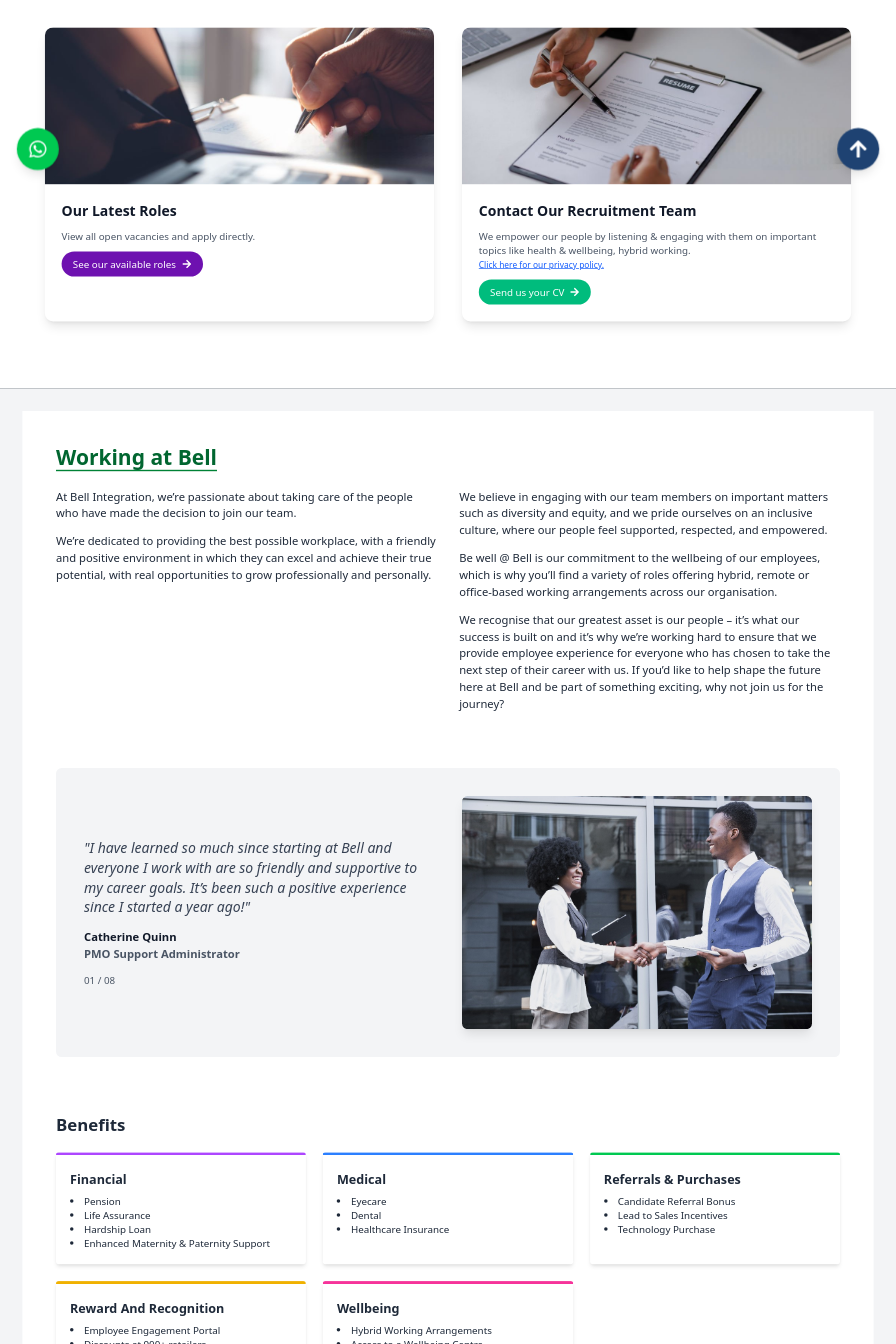
Repository: chykesure/cloudsentrics_
Page: /careers
The author's editor kept a copy of each file at every save. The page is drawn from the files as they stood at one save, then again after a run of saves.
The browser window is 1280 px wide. The pictures show the part of the page from y = 453 to 2373 px (the page is 2756 px tall), at 70% of full size.
The project was rebuilt for these pictures with package versions that can differ from the ones it lists, and the page was loaded fresh each time. Also part of the build but not shown: vite.config.js, src/pages/Header.jsx, src/pages/Footer.jsx, src/pages/students/Reviews.jsx, src/pages/students/Testimony.jsx, src/pages/students/TestimonyLanding.jsx, src/pages/LandingPage.jsx, src/pages/students/Header.jsx and 38 more.

Above is the page before, as saved 2025-04-09 10:45:17.

### src/index.css
@import "tailwindcss";

@keyframes zoomInOut {
    0% {
        transform: scale(1);
    }
    100% {
        transform: scale(1.1);
    }
}

.zoom-animation {
    animation: zoomInOut 5s infinite alternate ease-in-out;

}

### src/App.jsx
import { BrowserRouter as Router, Routes, Route } from "react-router-dom";
import LandingPage from "./pages/LandingPage";
import StudentPage from "./pages/students/StudentPage";
import AboutUs from "./pages/students/AboutUs/AboutUs";
import "./App.css";
import AWS from "./pages/students/courses/AWS";
import DevSecOps from "./pages/students/courses/DevSecOps";
import AZURE from "./pages/students/courses/AZURE";
import Blogs from "./pages/students/blogs/Blogs";
import EventsPage from "./pages/students/events/EventsPage";
import FloatsButtons from "./pages/FloatsButtons";
import PartnerPage from "./pages/partners/home/PartnerPage";
import Ai from "./pages/partners/menu/ai";
import CloudSecurity from "./pages/partners/menu/cloudsecurity";
import IOT from "./pages/partners/menu/iot";
import Technology from "./pages/partners/menu/technology";
import Workplace from "./pages/partners/menu/workplace";
import InsightMenu from "./pages/partners/main_menu/insight";
import NewsPage from "./pages/partners/main_menu/news";
import CaseStudy from "./pages/partners/main_menu/casestudy";
import AboutCloud from "./pages/partners/main_menu/aboutus";
import Careers from "./pages/partners/main_menu/careers";

function App() {
  return (
    <Router>
      <div className="flex flex-col min-h-screen">
        {/* Floating Buttons will always be visible */}
        <FloatsButtons />

        <div className="flex-grow pt-20"> {/* Adjust padding-top based on header height */}
          <Routes>

            {/* Student Section */}
            <Route path="/" element={<LandingPage />} />
            <Route path="/StudentPage" element={<StudentPage />} />
            <Route path="/about" element={<AboutUs />} />
            <Route path="/courses/AWS" element={<AWS />} />
            <Route path="/courses/Azure" element={<AZURE />} />
            <Route path="/courses/DevSecOps" element={<DevSecOps />} />
            <Route path="/blog" element={<Blogs />} />
            <Route path="/events" element={<EventsPage />} />

            {/* The Partner Section */}
            <Route path="/PartnerPage" element={<PartnerPage />} />
            <Route path="/ai" element={<Ai />} />
            <Route path="/cloud-security" element={<CloudSecurity />} />
            <Route path="/iot" element={<IOT />} />
            <Route path="/technology" element={<Technology />} />
            <Route path="/modern-workplace" element={<Workplace />} />
            <Route path="/insights" element={<InsightMenu />} />
            <Route path="/news" element={<NewsPage />} />
            <Route path="/case-studies" element={<CaseStudy />} />
            <Route path="/about-cloudsentrics" element={<AboutCloud />} />
            <Route path="/careers" element={<Careers />} />
          </Routes>
        </div>
      </div>
    </Router>
  );
}

export default App;

### src/pages/FloatsButtons.jsx
import { FaWhatsapp, FaArrowUp } from "react-icons/fa";
import { motion } from "framer-motion";

const FloatsButtons = () => {
    const scrollToTop = () => {
        window.scrollTo({ top: 0, behavior: "smooth" });
    };

    return (
        <>
            {/* Floating WhatsApp Button (Left) */}
            <motion.a
                href="https://wa.me/message/62QVNSESZ56FC1"
                target="_blank"
                rel="noopener noreferrer"
                className="fixed bottom-6 left-6 bg-green-500 text-white p-4 rounded-full shadow-lg flex items-center justify-center z-50"
                title="Chat with us on WhatsApp"
                animate={{ y: [0, -10, 0] }}
                transition={{ duration: 1.5, repeat: Infinity, repeatType: "reverse", ease: "easeInOut" }}
                whileHover={{ scale: 1.2 }}
            >
                <FaWhatsapp size={28} />
            </motion.a>

            {/* Floating Back to Top Button (Right) */}
            <motion.button
                onClick={scrollToTop}
                className="fixed bottom-6 right-6 bg-[#1e4272] text-white p-4 rounded-full shadow-lg flex items-center justify-center z-50"
                title="Back to Top"
                animate={{ y: [0, -10, 0] }}
                transition={{ duration: 1.5, repeat: Infinity, repeatType: "reverse", ease: "easeInOut" }}
                whileHover={{ scale: 1.2 }}
            >
                <FaArrowUp size={28} />
            </motion.button>
        </>
    );
};

export default FloatsButtons;

### src/pages/partners/Header.jsx
import { useState, useEffect } from "react";
import { FaSearch, FaPhone, FaBars, FaTimes } from "react-icons/fa";
import { Link } from "react-router-dom";
import { motion } from "framer-motion";

const Header = () => {
  const [menuOpen, setMenuOpen] = useState(false);
  const [expiry, setExpiry] = useState({ days: 203, hours: 2, minutes: 43, seconds: 8 });

  useEffect(() => {
    const timer = setInterval(() => {
      setExpiry((prev) => {
        let { days, hours, minutes, seconds } = prev;
        if (seconds > 0) {
          seconds -= 1;
        } else {
          seconds = 59;
          if (minutes > 0) {
            minutes -= 1;
          } else {
            minutes = 59;
            if (hours > 0) {
              hours -= 1;
            } else {
              hours = 23;
              if (days > 0) days -= 1;
            }
          }
        }
        return { days, hours, minutes, seconds };
      });
    }, 1000);

    return () => clearInterval(timer);
  }, []);

  return (
    <header className="bg-[#1e4272] text-white flex items-center justify-between px-6 py-4 fixed top-0 left-0 w-full z-50 shadow-md">
      {/* Windows 10 Expiry Countdown */}
      <div className="flex items-center gap-3 text-sm">
        {/* Countdown content here if needed */}
      </div>

      {/* Updated Desktop Navigation with Framer Motion and React Router */}
      <motion.div
        className="hidden lg:flex flex-grow justify-center items-center space-x-6 lg:space-x-10 text-lg lg:text-xl font-semibold tracking-wide h-full"
        initial={{ opacity: 0, y: -10 }}
        animate={{ opacity: 1, y: 0 }}
        transition={{ duration: 0.6, ease: "easeOut" }}
      >
        {[
          { label: "INSIGHTS", path: "/insights" },
          { label: "NEWS", path: "/news" },
          { label: "CASE STUDIES", path: "/case-studies" },
          { label: "ABOUT CLOUD-SENTRICS", path: "/about-cloudsentrics" },
          { label: "CAREERS", path: "/careers" },
          { label: "CONTACT", path: "/contact" },
        ].map((item, index) => (
          <Link key={index} to={item.path}>
            <motion.span
              className="relative cursor-pointer transition-all duration-300 group hover:text-blue-400 whitespace-nowrap"
              whileHover={{ scale: 1.1 }}
            >
              {item.label}
              <span className="absolute left-0 bottom-0 w-0 h-[3px] bg-white transition-all duration-300 group-hover:w-full"></span>
            </motion.span>
          </Link>
        ))}
      </motion.div>

      {/* Contact and Search */}
      <div className="hidden lg:flex items-center gap-4">
        <a
          href="tel:+442392825925"
          className="flex items-center gap-1 text-sm font-semibold transition-all duration-300 hover:text-gray-300"
        >
          <FaPhone /> +1 346-399-8985
        </a>
        <button className="text-white transition-all duration-300 hover:text-gray-300">
          <FaSearch />
        </button>
      </div>

      {/* Mobile Menu Button */}
      <button
        className="lg:hidden text-xl transition-transform transform hover:scale-110"
        onClick={() => setMenuOpen(!menuOpen)}
      >
        {menuOpen ? <FaTimes /> : <FaBars />}
      </button>

      {/* Mobile Navigation with Slide-in Effect */}
      <div
        className={`fixed top-14 left-0 w-full bg-[#1e4272] shadow-md p-4 flex flex-col items-center gap-4 text-sm transform transition-transform duration-500 ${
          menuOpen ? "translate-x-0" : "-translate-x-full"
        }`}
      >
        {["Powering Cloud-Integrated Digital Transformation"].map((item, index) => (
          <a key={index} href="#" className="text-3xl font-semibold transition-all duration-300 hover:scale-110">
            {item}
          </a>
        ))}
        <a href="tel:+442392825925" className="flex items-center gap-1 text-sm font-semibold">
          <FaPhone /> +1 346-399-8985
        </a>
        <button className="text-white transition-all duration-300 hover:text-gray-300">
          <FaSearch />
        </button>
      </div>
    </header>
  );
};

export default Header;

### src/pages/partners/home/Footer.jsx
import React from 'react';
import { FaLinkedin, FaXTwitter, FaInstagram } from 'react-icons/fa6';
import { Link } from 'react-router-dom';

function Footer() {
    return (
        <footer className="bg-white text-black py-6 border-t border-gray-300 text-sm w-full">
            <div className="w-full px-6 lg:px-12">
                {/* Main Footer Section */}
                <div className="flex flex-col md:flex-row justify-between items-center text-center md:text-left">
                    <h3 className="font-bold text-lg text-blue-900">Powering Cloud-Integrated Digital Transformation</h3>

                    {/* Social Icons */}
                    <div className="flex space-x-4 mt-4 md:mt-0">
                        <a href="https://www.linkedin.com/posts/cloud-sentrics_cloud-sentrics-linkedin-activity-7291379079860117505-ve54?utm_source=share&utm_medium=member_android" target="_blank" rel="noopener noreferrer" className="text-gray-600 hover:text-black">
                            <FaLinkedin size={20} />
                        </a>
                        <a href="https://x.com/CloudSentrics" target="_blank" rel="noopener noreferrer" className="text-gray-600 hover:text-black">
                            <FaXTwitter size={20} />
                        </a>
                        <a href="https://www.instagram.com/cloudsentrics/" target="_blank" rel="noopener noreferrer" className="text-gray-600 hover:text-black">
                            <FaInstagram size={20} />
                        </a>
                    </div>
                </div>

                {/* Footer Links */}
                <div className="mt-4 text-center md:text-left">
                    <p>© {new Date().getFullYear()} All rights reserved |
                        <Link to="#" className="ml-2 hover:text-blue-600">Privacy Notice</Link> |
                        <Link to="#" className="ml-2 hover:text-blue-600">Terms & Conditions</Link> |
                        <Link to="#" className="ml-2 hover:text-blue-600">Website T&Cs</Link> |
                        <Link to="#" className="ml-2 hover:text-blue-600">Cookies Policy</Link> |
                        <Link to="#" className="ml-2 hover:text-blue-600">Anti-Slavery Policy</Link> |
                        <Link to="#" className="ml-2 hover:text-blue-600">Sitemap</Link> |
                        <Link to="#" className="ml-2 hover:text-blue-600">Learn more</Link>
                    </p>
                </div>
            </div>
        </footer>
    );
}

export default Footer;

### src/pages/partners/main_menu/otherscareer.jsx
import React from "react";
import { motion } from "framer-motion";

// Testimonial image
const testimonialImg = "/assets/comu1.jpg"; // replace with your own

const CareerPage = () => {
    return (
        <div className="bg-white text-gray-800 px-4 md:px-12 py-12 space-y-20">
            {/* Section 1: Working at Bell */}
            <section className="space-y-6">
                <h2 className="text-3xl font-bold text-green-800 border-b-2 border-green-700 w-fit">Working at Bell</h2>
                <div className="grid md:grid-cols-2 gap-8">
                    <div className="space-y-4">
                        <p>
                            At Bell Integration, we’re passionate about taking care of the people who have made the decision to join our team.
                        </p>
                        <p>
                            We’re dedicated to providing the best possible workplace, with a friendly and positive environment in which they can excel and achieve their true potential, with real opportunities to grow professionally and personally.
                        </p>
                    </div>
                    <div className="space-y-4">
                        <p>
                            We believe in engaging with our team members on important matters such as diversity and equity, and we pride ourselves on an inclusive culture, where our people feel supported, respected, and empowered.
                        </p>
                        <p>
                            Be well @ Bell is our commitment to the wellbeing of our employees, which is why you’ll find a variety of roles offering hybrid, remote or office-based working arrangements across our organisation.
                        </p>
                        <p>
                            We recognise that our greatest asset is our people – it’s what our success is built on and it’s why we’re working hard to ensure that we provide employee experience for everyone who has chosen to take the next step of their career with us. If you’d like to help shape the future here at Bell and be part of something exciting, why not join us for the journey?
                        </p>
                    </div>
                </div>
            </section>

            {/* Section 2: Employee Testimonial */}
            <section className="bg-gray-100 rounded-lg p-6 md:p-10 grid grid-cols-1 md:grid-cols-2 gap-10 items-center">
                <motion.div
                    className="space-y-4"
                    initial={{ opacity: 0, x: -30 }}
                    whileInView={{ opacity: 1, x: 0 }}
                    transition={{ duration: 0.6 }}
                >
                    <blockquote className="text-xl italic font-medium text-gray-700">
                        "I have learned so much since starting at Bell and everyone I work with are so friendly and supportive to my career goals. It’s been such a positive experience since I started a year ago!"
                    </blockquote>
                    <p className="font-semibold text-base text-gray-900">
                        Catherine Quinn <br />
                        <span className="text-gray-600">PMO Support Administrator</span>
                    </p>
                    <div className="text-sm text-gray-600">01 / 08</div>
                </motion.div>

                <motion.div
                    className="w-full h-full rounded overflow-hidden shadow-lg"
                    initial={{ opacity: 0, x: 30 }}
                    whileInView={{ opacity: 1, x: 0 }}
                    transition={{ duration: 0.6 }}
                >
                    <img
                        src={testimonialImg}
                        alt="Catherine Quinn"
                        className="w-full h-full object-cover rounded-lg"
                    />
                </motion.div>
            </section>


            {/* Section 3: Benefits */}
            <section>
                <h3 className="text-2xl font-bold mb-6">Benefits</h3>
                <div className="grid grid-cols-1 sm:grid-cols-2 lg:grid-cols-3 gap-6 text-sm text-gray-800">
                    {/* Each box */}
                    <div className="bg-white shadow-md p-5 rounded space-y-2 border-t-4 border-purple-500">
                        <h4 className="font-semibold text-lg">Financial</h4>
                        <ul className="list-disc list-inside">
                            <li>Pension</li>
                            <li>Life Assurance</li>
                            <li>Hardship Loan</li>
                            <li>Enhanced Maternity & Paternity Support</li>
                        </ul>
                    </div>
                    <div className="bg-white shadow-md p-5 rounded space-y-2 border-t-4 border-blue-500">
                        <h4 className="font-semibold text-lg">Medical</h4>
                        <ul className="list-disc list-inside">
                            <li>Eyecare</li>
                            <li>Dental</li>
                            <li>Healthcare Insurance</li>
                        </ul>
                    </div>
                    <div className="bg-white shadow-md p-5 rounded space-y-2 border-t-4 border-green-500">
                        <h4 className="font-semibold text-lg">Referrals & Purchases</h4>
                        <ul className="list-disc list-inside">
                            <li>Candidate Referral Bonus</li>
                            <li>Lead to Sales Incentives</li>
                            <li>Technology Purchase</li>
                        </ul>
                    </div>
                    <div className="bg-white shadow-md p-5 rounded space-y-2 border-t-4 border-yellow-500">
                        <h4 className="font-semibold text-lg">Reward And Recognition</h4>
                        <ul className="list-disc list-inside">
                            <li>Employee Engagement Portal</li>
                            <li>Discounts at 900+ retailers</li>
                            <li>Long Service Recognition</li>
                            <li>Company Social Events</li>
                        </ul>
                    </div>
                    <div className="bg-white shadow-md p-5 rounded space-y-2 border-t-4 border-pink-500">
                        <h4 className="font-semibold text-lg">Wellbeing</h4>
                        <ul className="list-disc list-inside">
                            <li>Hybrid Working Arrangements</li>
                            <li>Access to a Wellbeing Centre</li>
                            <li>25 Days Holiday + Enhanced Holiday</li>
                            <li>Flexibility</li>
                            <li>Birthday Day Off</li>
                        </ul>
                    </div>
                </div>
                {/* Location links */}
                <div className="mt-4 text-sm text-gray-600 text-right">
                    <span className="mr-2">UK | US | India</span>
                </div>
            </section>
        </div>
    );
};

export default CareerPage;

Loaded but not shown: index.html (common file); src/main.jsx (common file); src/pages/students/AboutUs/AboutUs.jsx (399 lines, source omitted); src/pages/partners/main_menu/careers.jsx (149 lines, source omitted)

After the next 3 saves:
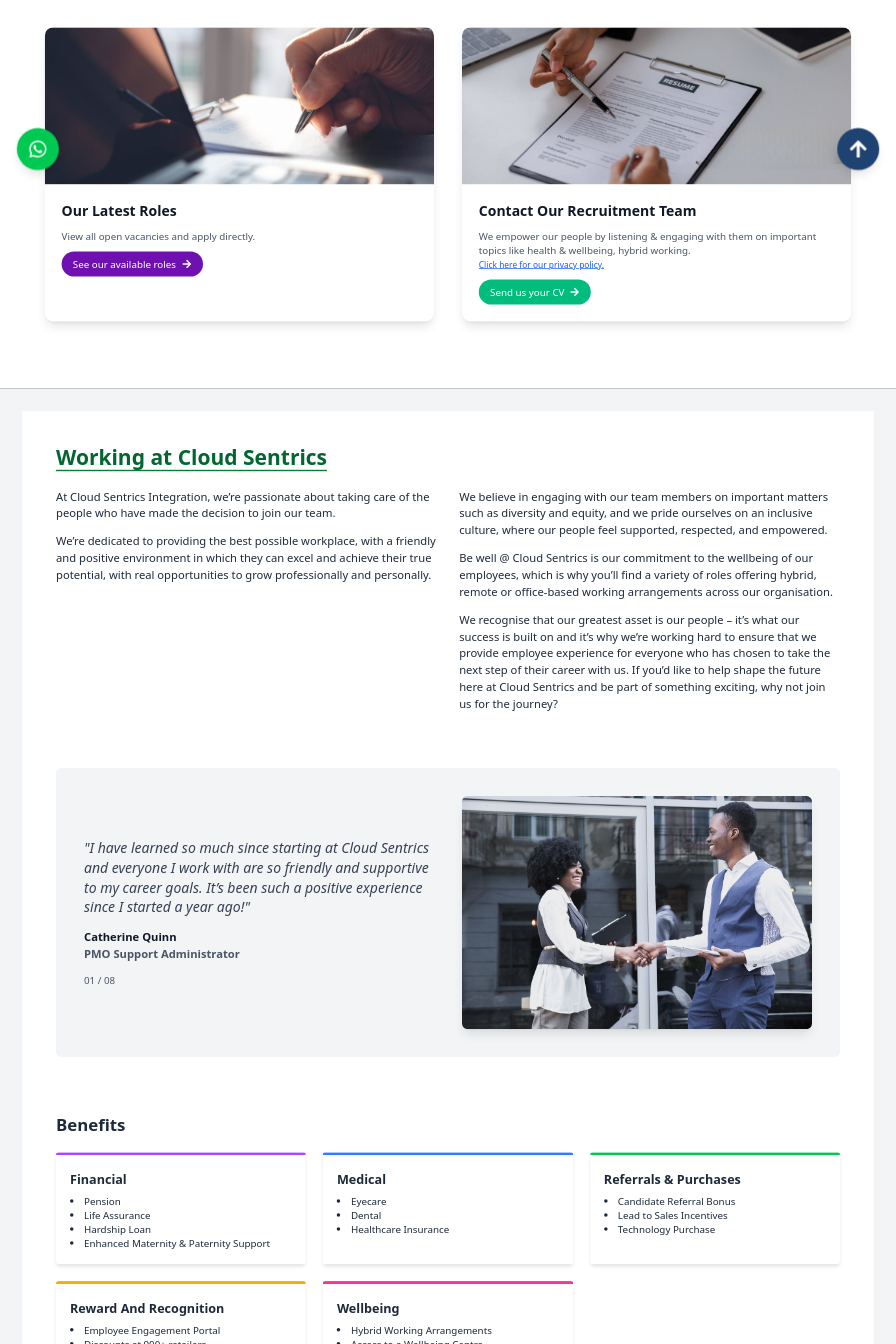
The 3 saves are shown as one change because they came seconds apart.
The last was saved 45 s later.
--- a/src/pages/partners/main_menu/otherscareer.jsx
+++ b/src/pages/partners/main_menu/otherscareer.jsx
@@ -7,13 +7,13 @@
 const CareerPage = () => {
     return (
         <div className="bg-white text-gray-800 px-4 md:px-12 py-12 space-y-20">
-            {/* Section 1: Working at Bell */}
+            {/* Section 1: Working at Cloud Sentrics */}
             <section className="space-y-6">
-                <h2 className="text-3xl font-bold text-green-800 border-b-2 border-green-700 w-fit">Working at Bell</h2>
+                <h2 className="text-3xl font-bold text-green-800 border-b-2 border-green-700 w-fit">Working at Cloud Sentrics</h2>
                 <div className="grid md:grid-cols-2 gap-8">
                     <div className="space-y-4">
                         <p>
-                            At Bell Integration, we’re passionate about taking care of the people who have made the decision to join our team.
+                            At Cloud Sentrics Integration, we’re passionate about taking care of the people who have made the decision to join our team.
                         </p>
                         <p>
                             We’re dedicated to providing the best possible workplace, with a friendly and positive environment in which they can excel and achieve their true potential, with real opportunities to grow professionally and personally.
@@ -24,10 +24,10 @@
                             We believe in engaging with our team members on important matters such as diversity and equity, and we pride ourselves on an inclusive culture, where our people feel supported, respected, and empowered.
                         </p>
                         <p>
-                            Be well @ Bell is our commitment to the wellbeing of our employees, which is why you’ll find a variety of roles offering hybrid, remote or office-based working arrangements across our organisation.
+                            Be well @ Cloud Sentrics is our commitment to the wellbeing of our employees, which is why you’ll find a variety of roles offering hybrid, remote or office-based working arrangements across our organisation.
                         </p>
                         <p>
-                            We recognise that our greatest asset is our people – it’s what our success is built on and it’s why we’re working hard to ensure that we provide employee experience for everyone who has chosen to take the next step of their career with us. If you’d like to help shape the future here at Bell and be part of something exciting, why not join us for the journey?
+                            We recognise that our greatest asset is our people – it’s what our success is built on and it’s why we’re working hard to ensure that we provide employee experience for everyone who has chosen to take the next step of their career with us. If you’d like to help shape the future here at Cloud Sentrics and be part of something exciting, why not join us for the journey?
                         </p>
                     </div>
                 </div>
@@ -42,7 +42,7 @@
                     transition={{ duration: 0.6 }}
                 >
                     <blockquote className="text-xl italic font-medium text-gray-700">
-                        "I have learned so much since starting at Bell and everyone I work with are so friendly and supportive to my career goals. It’s been such a positive experience since I started a year ago!"
+                        "I have learned so much since starting at Cloud Sentrics and everyone I work with are so friendly and supportive to my career goals. It’s been such a positive experience since I started a year ago!"
                     </blockquote>
                     <p className="font-semibold text-base text-gray-900">
                         Catherine Quinn <br />
